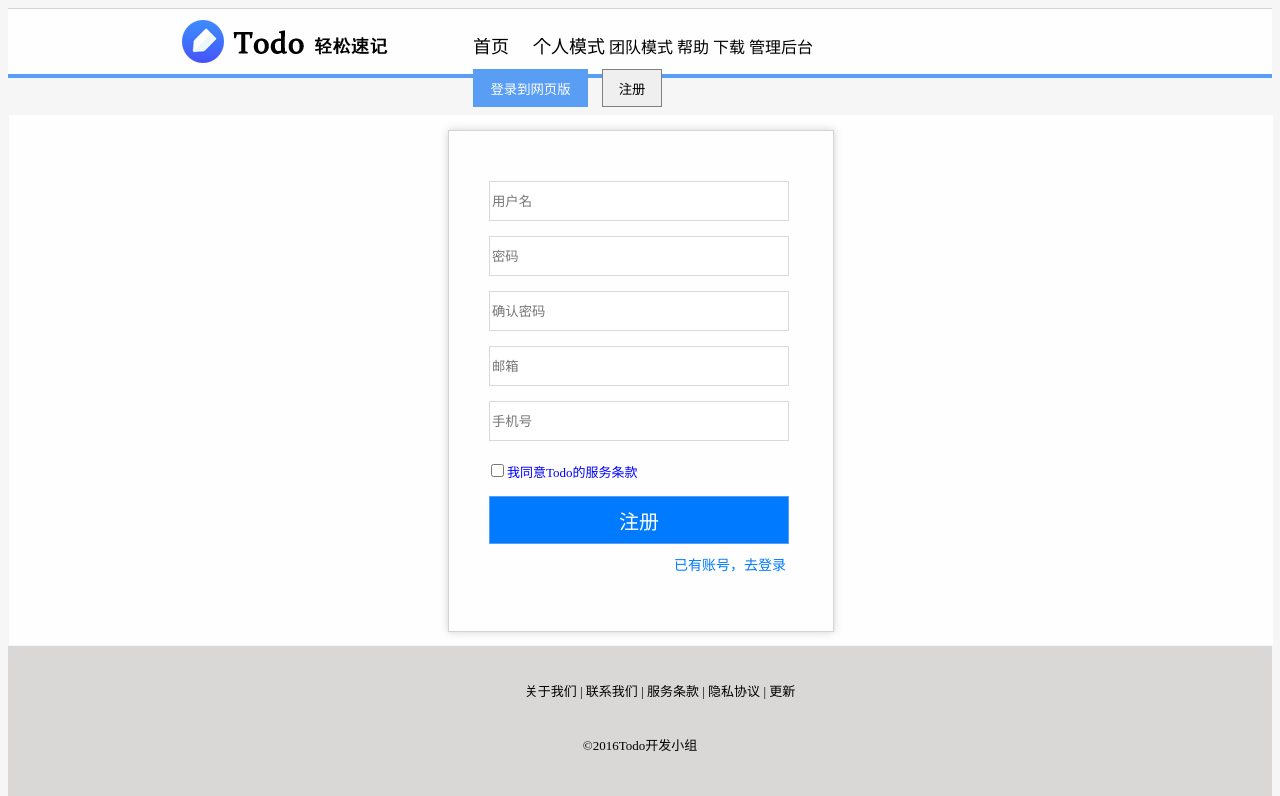
Repository: lengchang/Todo
Page: http://localhost/Todoweb/register.jsp
An editor plug-in stored every save of this project. The page is shown before and after the next save, followed by the edit.
The browser window is 1280 px wide. The pictures show the whole page.
The page is served by Tomcat 9. Other server files are loaded and not shown. The template is opened directly, without the code that normally fills it, so the values that code supplies are empty.

Above is the page before, as saved 2016-12-13 14:00:07.

### Todoweb/WebContent/register.jsp
<%@ page language="java" contentType="text/html; charset=UTF-8"
	pageEncoding="UTF-8"%>
<%@ taglib prefix="s" uri="/struts-tags"%>
<HTML !DOCTYPE>
<head>
<meta charset="utf-8">
<title>Todo|登录</title>
<link rel="stylesheet" type="text/css" href="./css/regist.css" />
</head>
<body>
	<header>
		<s:include value="./Master/nav.jsp" />
	</header>
	<article>
		<div id="regist_container">
			<form action="regist" method="post">
				<s:fielderror />
				<input type="text" id="user_name" name="username" placeholder="用户名" required><br />
				<input type="password" id="user_pass" name="password" placeholder="密码" required><br />
				<input type="password" id="user_pass_agin" name="repassword" placeholder="确认密码" required><br />
				<input type="email" id="user_email" name="email" placeholder="邮箱" required><br />
				<input type="text" id="user_phone" name="phonenumber" placeholder="手机号" required><br />
				<div id="about_pass">
					<span id="remember_pass_span"><input type="checkbox" required>我同意Todo的服务条款</span>
				</div>
				<input type="submit" value="注册" id="regist_button"><br />
			</form>
			<a href="./login.jsp" id="gotologin_">已有账号，去登录</a>
		</div>
	</article>
	<footer>
		<s:include value="./Master/footer.jsp" />
	</footer>
</body>
</HTML>

### Todoweb/WebContent/Master/nav.jsp
<%@ page pageEncoding="UTF-8"%>
<%@ taglib prefix="s" uri="/struts-tags"%>
<div id="top_logo">
	<a href="/Todoweb/index.jsp"> <img src="./img/logo.png">
	</a>
</div>
<nav id="top_nav">
	<ul>
		<a href="/Todoweb/index.jsp" id="index_firstpage"><li id="ul_index">首页</li></a>
		<a href="self_mode_use.html" id="self_mode"><li>个人模式</li></a>
		<a href="team_mode_use.html" id="team_mode"><li">团队模式</li></a>
		<a href="help.html" id="help"><li">帮助</li></a>
		<a href="download.html" id="download"><li">下载</li></a>
		<a href="/Todoweb/WEB-INF/root/admin.jsp"><li">管理后台</li></a>
	</ul>
</nav>
<div id="top_button">
	<s:if test="#session['username']!=null">
		<a href="/Todoweb/acessUserinfo.action">${session.username}</a>
		<a href="/Todoweb/logout.action">logout</a>
	</s:if>
	<s:if test="#session['username']==null">
		<a href="/Todoweb/login.jsp"><button id="button_login">登录到网页版</button></a>
		<a href="/Todoweb/register.jsp"><button id="button_regist">注册</button></a>
	</s:if>
</div>

### Todoweb/WebContent/Master/footer.jsp
<%@ page pageEncoding="UTF-8"%>
<div id="about_us">
	<ul>
		<a href="about_us.html"><li class="no_last">关于我们</li></a>
		<a href="email.html"><li class="no_last">联系我们</li></a>
		<a href="serve.html"><li class="no_last">服务条款</li></a>
		<a href="serect.html"><li class="no_last">隐私协议</li></a>
		<a href="update.html"><li class="no_">更新</li></a>
	</ul>
</div>
<div id="about_team">©2016Todo开发小组</div>

### Todoweb/WebContent/css/regist.css
body{
    background: #F6F6F6;
}
header{
    width:100%;
    height:65px;
    border-top: solid lightgray 1px;
    border-bottom: solid #599EF4  4px;
    background: #FEFEFE;
}
[id^=top]{
    height:45px;
}
#top_logo{
    width: 240px;
    margin-left: 165px;
    float: left;
    margin-top:10px;
}
#top_nav{
    width: 500px;
    float: left;
}
li{
    display: inline-block;
    list-style: none;
}
nav ul li{
    margin-left: 20px;
    margin-top:7px;
    font-size: 18px;
}
a{
    text-decoration-line: none;
    color: #000000;
}
[id$=button]{
    width: 300px;
    margin-left: 60px;
    margin-top:15px;
    float: left;
}
[id^=button]{
    height: 38px;
}
[id$=login]{
    width:115px;
    background: #599EF4;
    border:solid #599EF4 1px;
    color: white;
}
[id$=login]:hover,#login_button:hover{
    background: rgba(68,87,247,0.9);
    border:solid blue 1px;
    color: white;
}
#button_regist{
    width:60px;
    margin-left: 10px;
    border:solid gray 1px;
    color: #000000;
}
#button_regist:hover{
    background: rgba(254,254,254,0.7);
    border:solid gray 1px;
    color: #000000;
}
article{
    width: 100%;
    height:530px;
    background: #FEFEFE;
    float: left;
    margin: 1px;
}
footer{
    width: 100%;
    height: 150px;
    background: #D9D8D7;
    float:left;

}
[id^=about]{
    text-align: center;
    margin-top:35px;
    font-size:13px;
}
#about_us ul li.no_last::after{
    content: " | ";
}
#regist_container{
    width: 384px;
    height:500px;
    border: solid lightgrey 1.5px;
    margin: 15px auto;
    box-shadow: 0 0 8px lightgray;
}
[id^=user]{
    width: 300px;
    height: 40px;
    border:solid #D9D9D9 1px;
    margin-left: 40px;
    color: gray;
}
[id$=name]{
    margin-top:50px;
}
[id*=pass],[id$=email],[id$=phone]{
    margin-top:15px;
}
article #regist_container label{
    font-size: 13px;
    color: darkblue;
}
[id^=pass]{
    margin-top: 20px;
}
[id*=forget]{
    margin-left: 180px;
}
#regist_button{
    width: 300px;
    height:48px;
    margin-left: 40px;
    background: #007AFF;
    border: solid #599EF4 1px;
    font-size: 20px;
    color: white;
}
#gotologin_{
    width: 150px;
    height:20px;
    display: block;
    margin-top:55px;
    margin-left:225px;
    font-size: 14px;
    color: #007AFF;
}
#about_pass{
    color: blue;
    text-align: left;
    padding-left: 38px;
    margin-top: 20px;
}
#forget_pass_span{
    color: blue;
}
header nav ul li{
    height: 38px;
}
header nav ul li:hover{
    border-bottom: solid #4560FA 4px;
}
[class^=no_]:hover{
    color: blue;
}
[class^=top_nav]:hover{
    color: #4560FA;
}

After the next save:
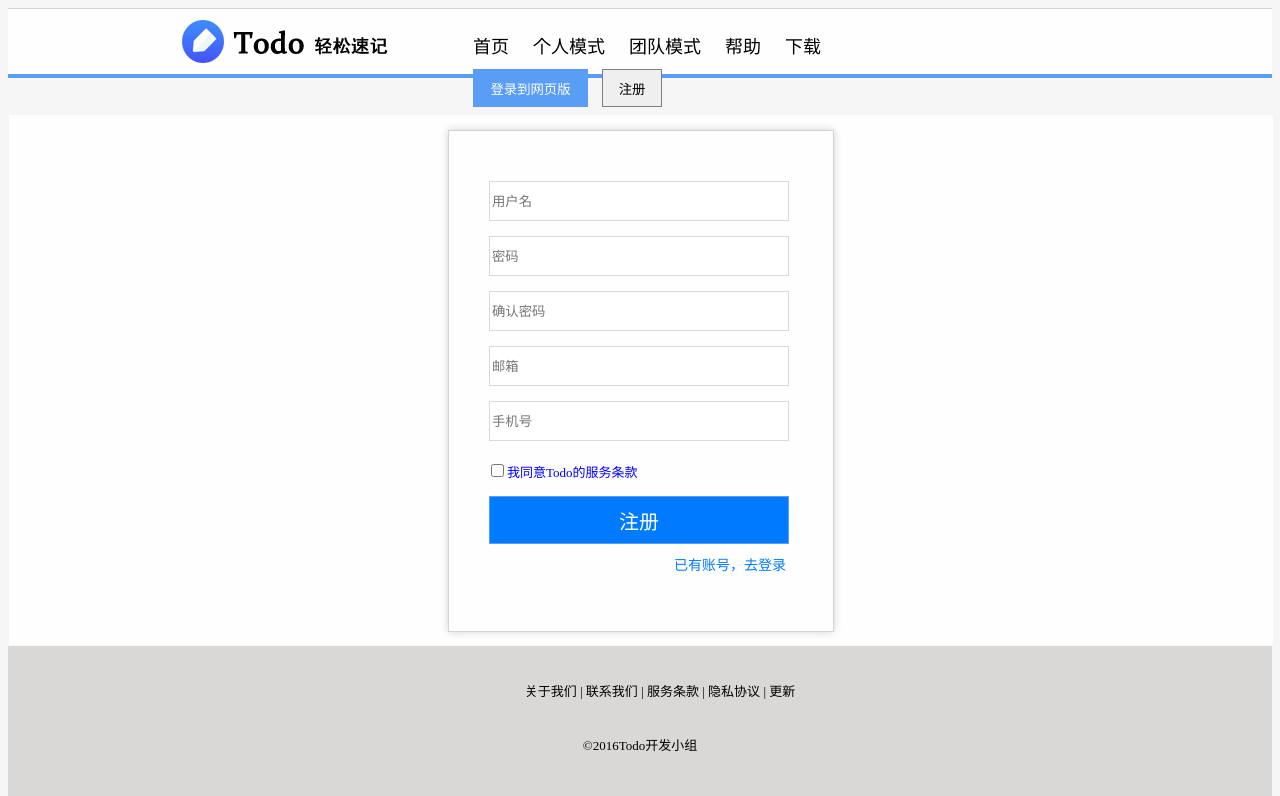
Saved 16 min 21 s later.
--- a/Todoweb/WebContent/Master/nav.jsp
+++ b/Todoweb/WebContent/Master/nav.jsp
@@ -8,10 +8,10 @@
 	<ul>
 		<a href="/Todoweb/index.jsp" id="index_firstpage"><li id="ul_index">首页</li></a>
 		<a href="self_mode_use.html" id="self_mode"><li>个人模式</li></a>
-		<a href="team_mode_use.html" id="team_mode"><li">团队模式</li></a>
-		<a href="help.html" id="help"><li">帮助</li></a>
-		<a href="download.html" id="download"><li">下载</li></a>
-		<a href="/Todoweb/WEB-INF/root/admin.jsp"><li">管理后台</li></a>
+		<a href="team_mode_use.html" id="team_mode"><li>团队模式</li></a>
+		<a href="help.html" id="help"><li>帮助</li></a>
+		<a href="download.html" id="download"><li>下载</li></a>
+		<a href="/Todoweb/WEB-INF/root/admin.jsp"><li>管理后台</li></a>
 	</ul>
 </nav>
 <div id="top_button">
